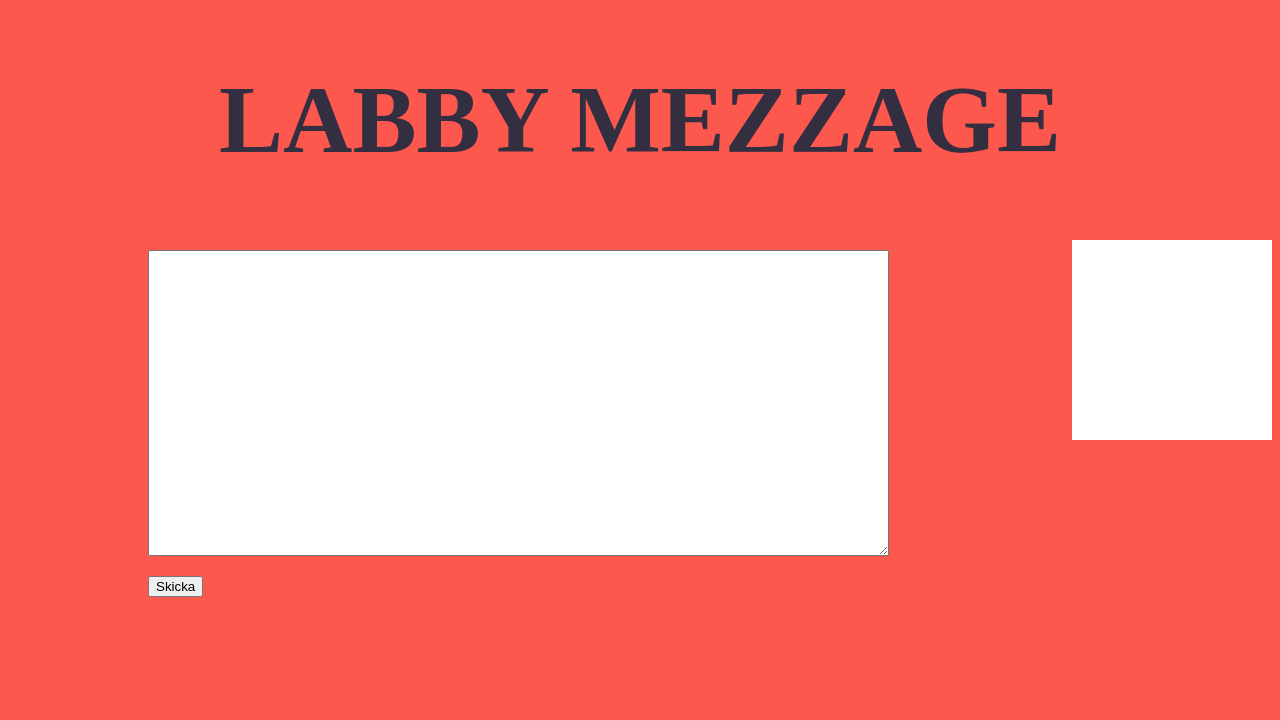
Repository: em222mt/1dv403-laborationer
Page: 2-labbymezzage/Index.html
The author's editor kept a record of every edit. The page is drawn from the files as they stood at one moment, then again after the next edit.
The browser window is 1280 px wide. The pictures show the whole page.

Above is the page before.

After the next edit:
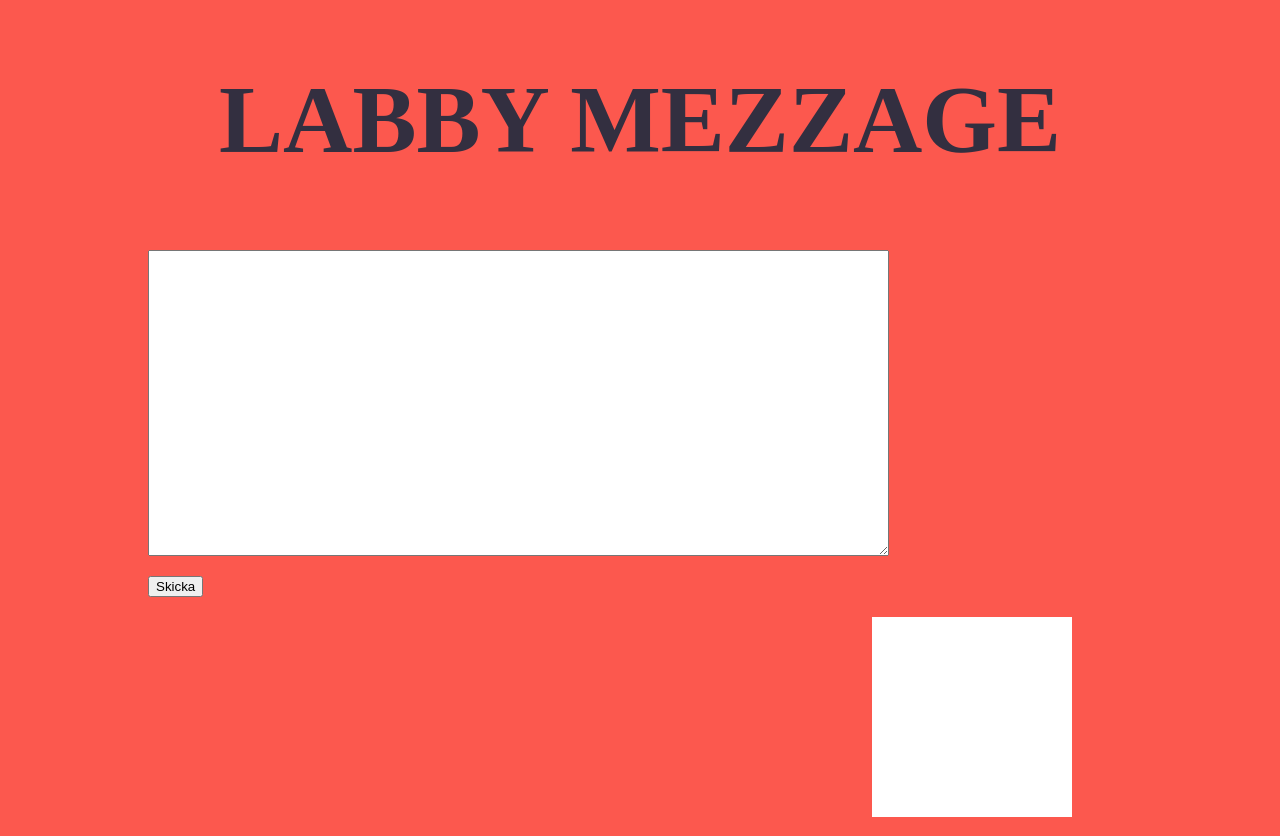
The edit:
--- a/2-labbymezzage/css/style.css
+++ b/2-labbymezzage/css/style.css
@@ -41,5 +41,6 @@
     background-color: white;
     width: 200px;
     height: 200px;
+    margin: 10px 200px 10px 50px;;
 
 }
